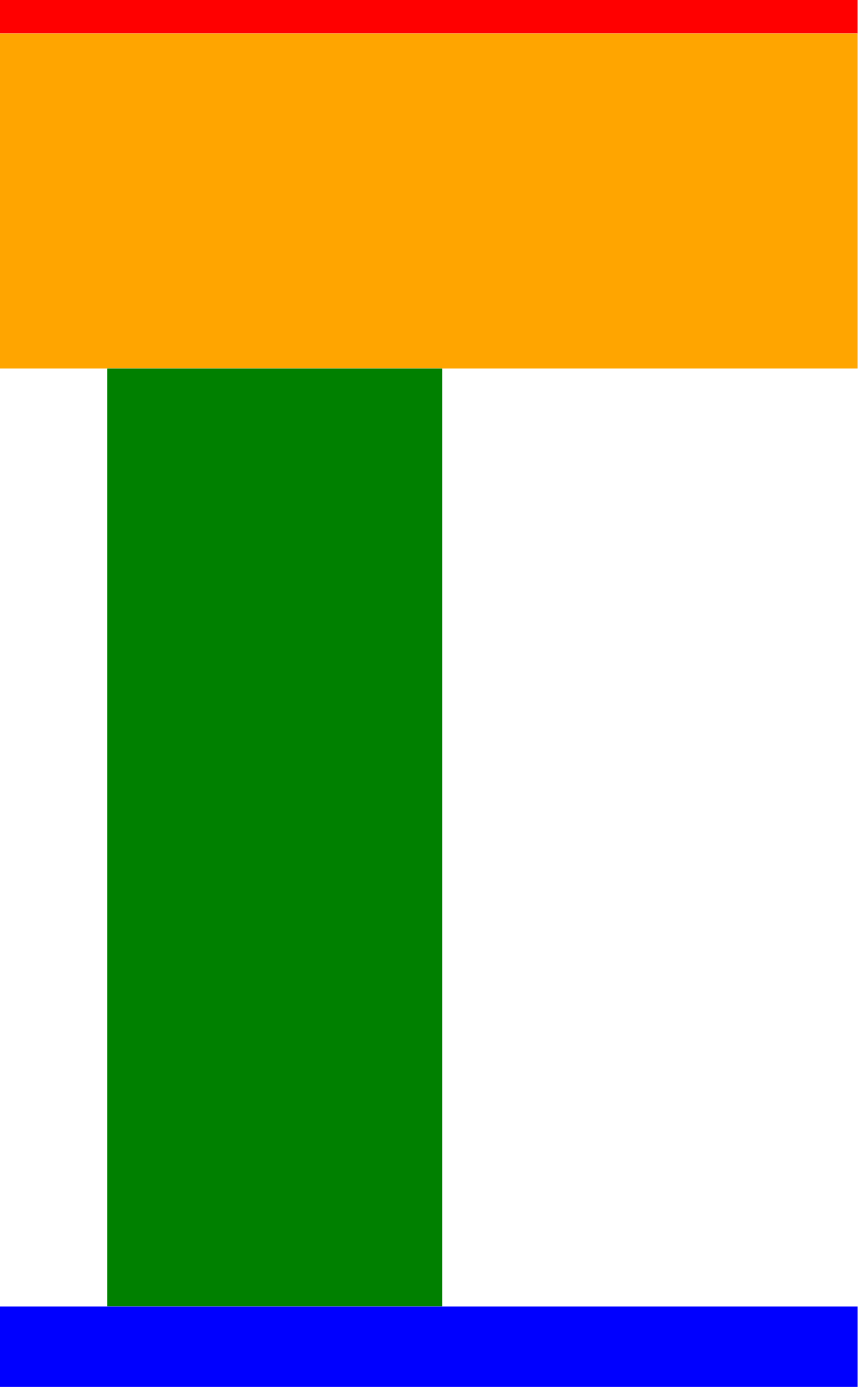
Repository: yuuyatada/API_sample_app
Page: htmlCP4/CP4index.html
The author's editor kept a record of every edit. The page is drawn from the files as they stood at one moment, then again after the next edit.
The browser window is 1280 px wide. The pictures show the whole page, at 67% of full size.

Above is the page before.

After the next edit:
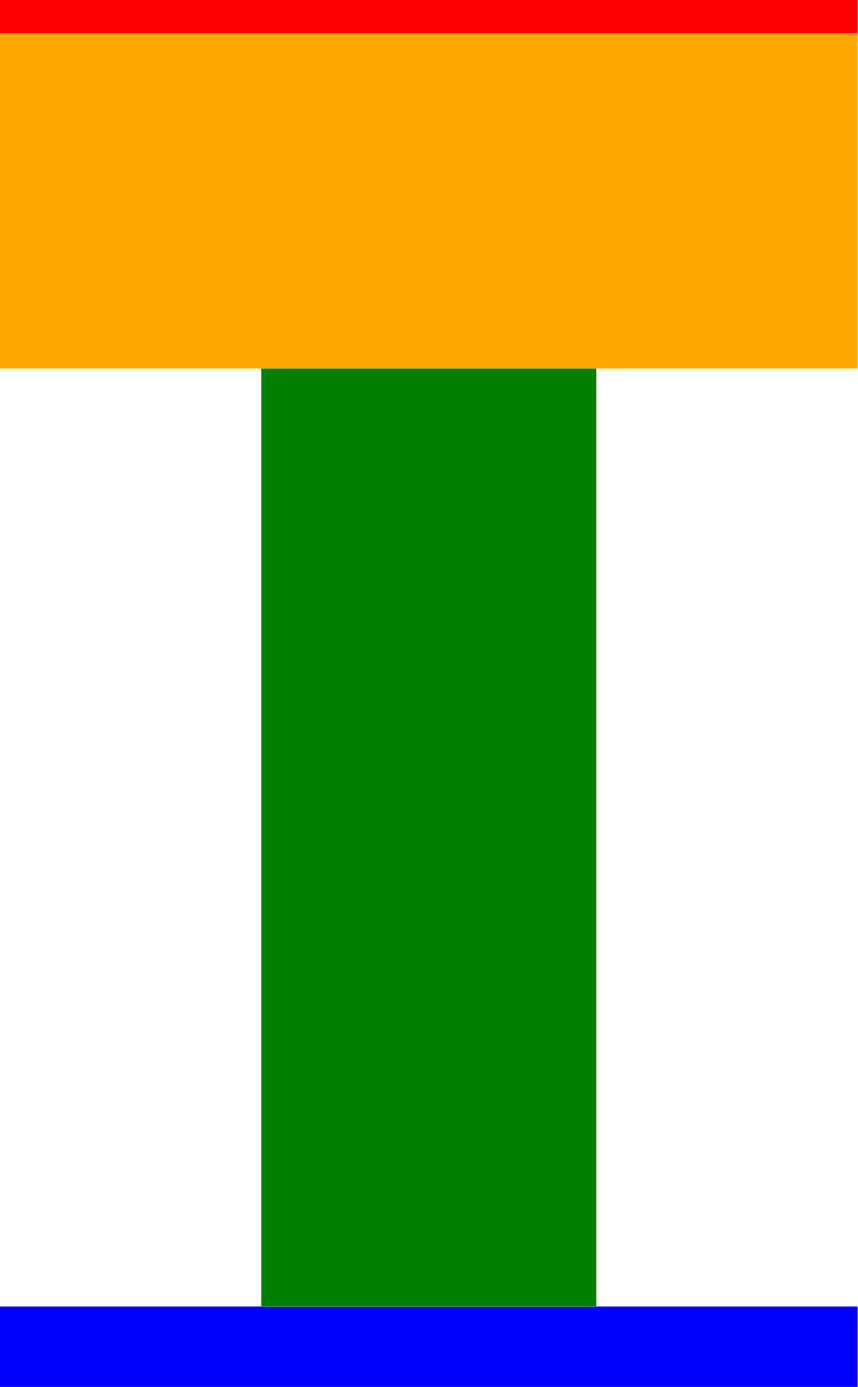
The edit:
--- a/htmlCP4/CP4style.css
+++ b/htmlCP4/CP4style.css
@@ -20,8 +20,6 @@
 
 .main{
     width: 960px;
-    height:1400px;
-    background-color: limegreen
     display: flex;
     justify-content:center;
     margin: 0  auto ;
